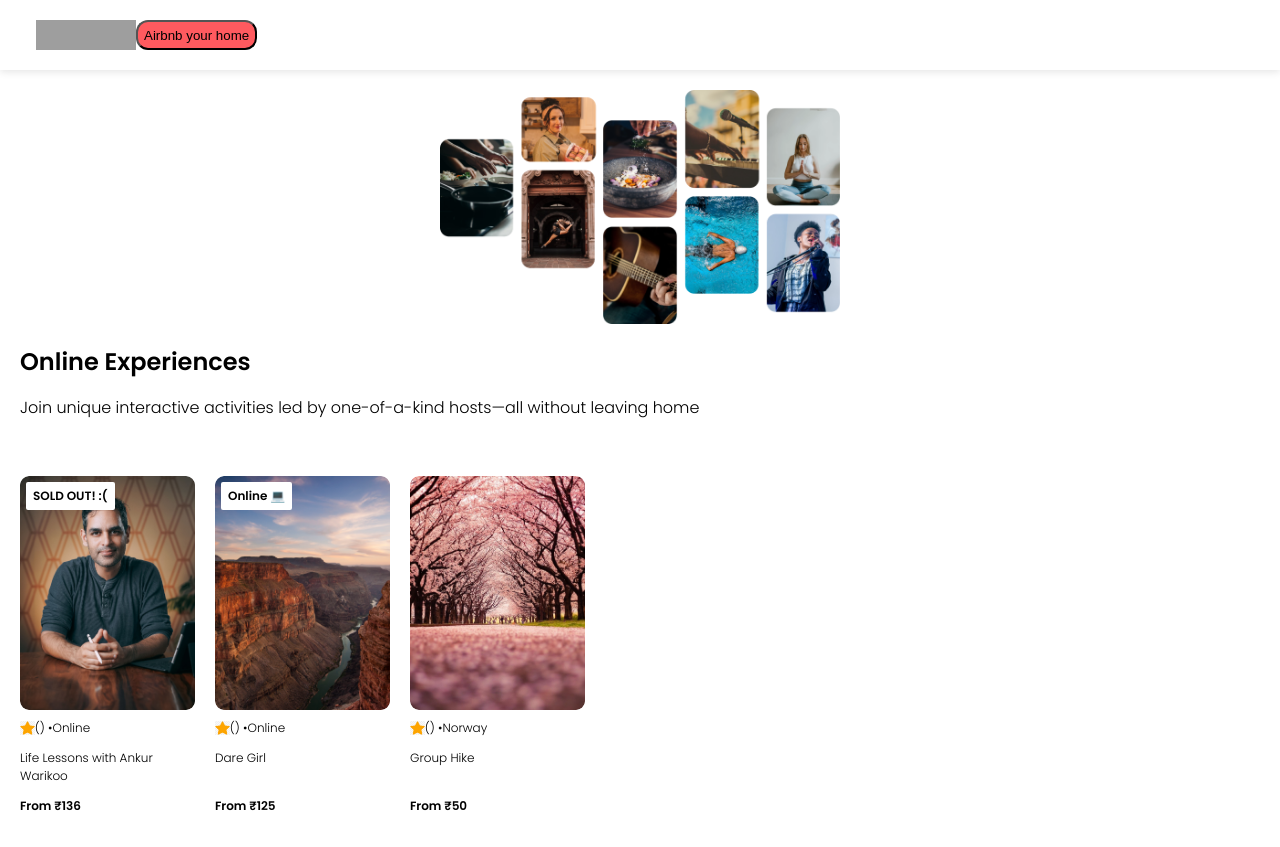
Repository: Sundaram-2001/Airbnb-experience
Page: /
An editor plug-in stored every save of this project. The page is shown before and after the next save, followed by the edit.
The browser window is 1280 px wide. The pictures show the whole page.
Pictures or frames that could not be fetched are drawn as grey boxes. The project was rebuilt for these pictures with package versions that can differ from the ones it lists, and the page was loaded fresh each time.

Above is the page before, as saved 2023-01-26 00:28:25.

After the next save:
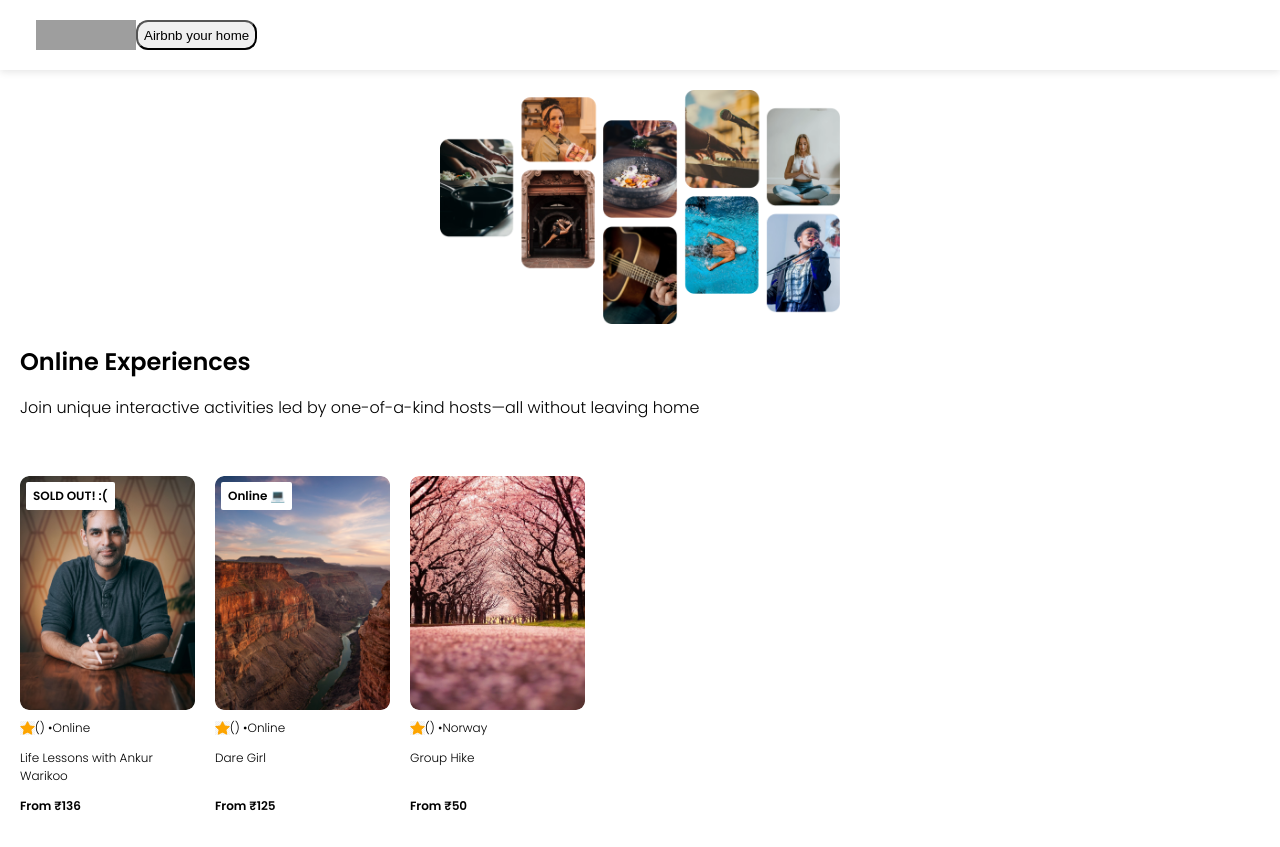
Saved 8 s later.
--- a/public/styles.css
+++ b/public/styles.css
@@ -8,7 +8,7 @@
 }
 button {
     border-radius: 12px;
-    background-color:#FF5A5F;
+
 
   }
   button :hover{
